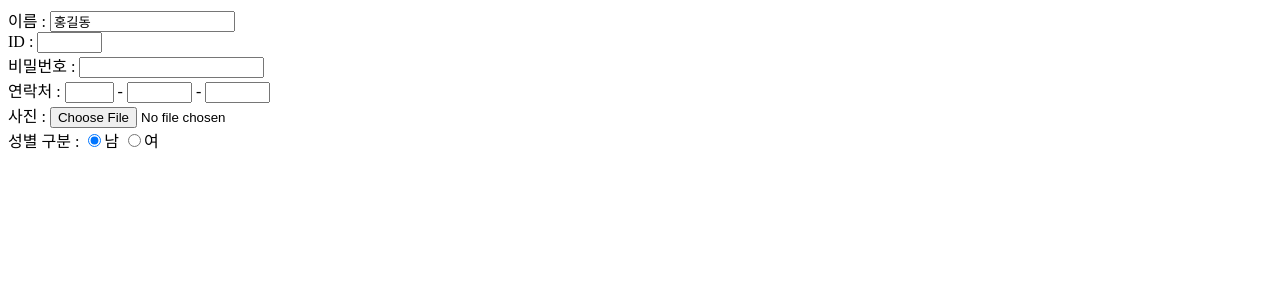
Repository: HyeogDo/Study_Java
Page: JSP/HTML/src/main/webapp/Lec07.html
An editor plug-in stored every save of this project. The page is shown before and after the next save, followed by the edit.
The browser window is 1280 px wide. The pictures show the whole page.

Above is the page before, as saved 2022-03-15 05:09:17.

### JSP/HTML/src/main/webapp/Lec07.html
<!DOCTYPE html>
<html>
	<head>
		<meta charset="UTF-8">
		<title>Form Tag</title>
	</head>
	<body>
		<form action="#" method="get">
			이름 : <input type="text" name="userName" value="홍길동"><br>
			ID : <input type="text" name="userId" size="5"><br>
			비밀번호 : <input type="password" name="userPassword"><br>
			연락처 : <input type="text" name="userPhoneNum1" size = "3" maxlength="3"> - <input type="text" name="userPhoneNum2" size = "5" maxlength="4" > - <input type="text" name="userPhoneNum3" size = "5" maxlength="4"><br>
			사진 : <input type="file" name="picture"><br>
			성별 구분 : <input type="radio" name="gender" value="man" checked="checked">남
					<input type="radio" name="gender" value="woman" >여<br>
		</form>


	</body>
</html>

After the next save:
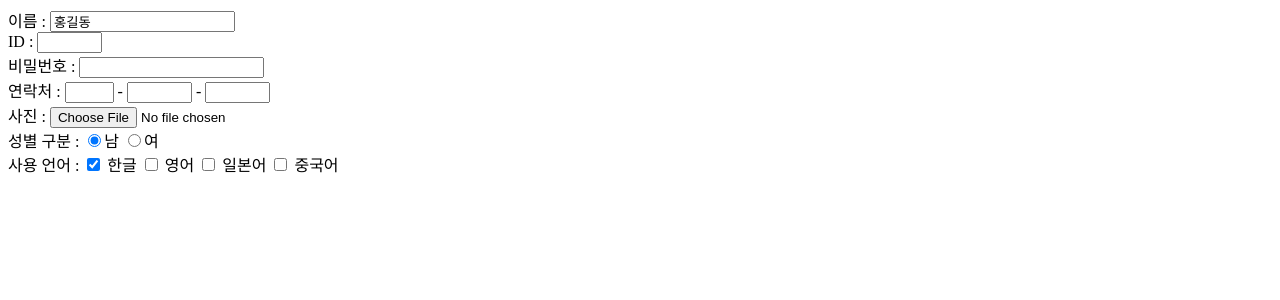
Saved 5 min 1 s later.
--- a/JSP/HTML/src/main/webapp/Lec07.html
+++ b/JSP/HTML/src/main/webapp/Lec07.html
@@ -13,6 +13,11 @@
 			사진 : <input type="file" name="picture"><br>
 			성별 구분 : <input type="radio" name="gender" value="man" checked="checked">남
 					<input type="radio" name="gender" value="woman" >여<br>
+			사용 언어 :
+				<input type="checkbox" name = "lang" value="kor" checked="checked"> 한글
+				<input type="checkbox" name = "lang" value="eng" > 영어
+				<input type="checkbox" name = "lang" value="jpn" > 일본어
+				<input type="checkbox" name = "lang" value="chn" > 중국어
 		</form>
 
 
